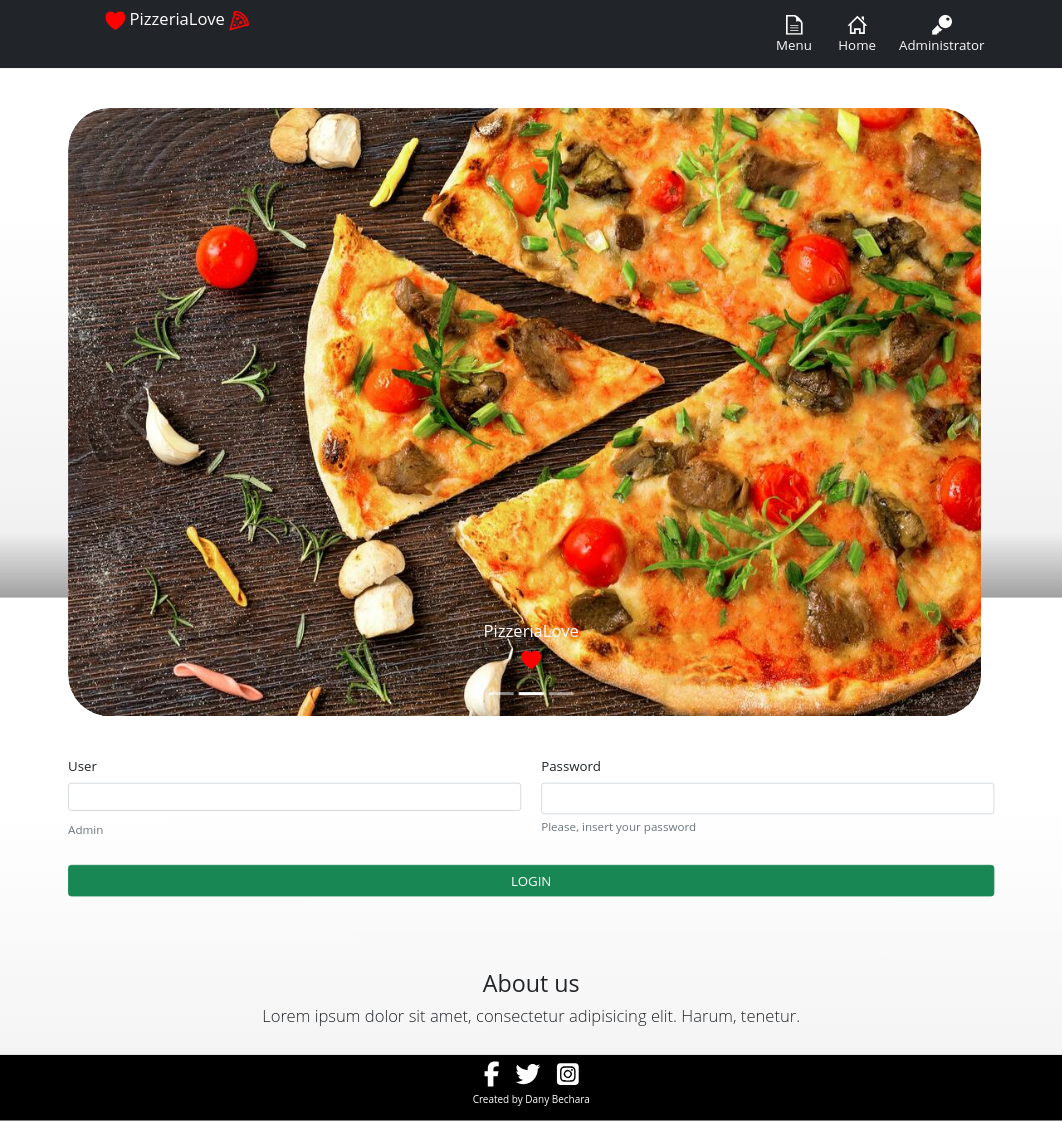
Repository: bechara611/PizzeriaLove
Page: /administrador
An editor plug-in stored every save of this project. The page is shown before and after a run of saves, followed by the edit.
The browser window is 1280 px wide. The pictures show the whole page, at 83% of full size.
The page's requests for data from a server got no answer. Backgrounds fixed to the window are drawn as part of the page. The project was rebuilt for these pictures with package versions that can differ from the ones it lists, and the page was loaded fresh each time. No one was signed in, and anything a server would have sent is missing. Also part of the build but not shown: src/App.css, src/App.js, src/Componentes/Menu.css, src/Firebase/Borrar.js, src/Componentes/Galeria.js, src/Componentes/Menu.js, src/Componentes/FormularioAgregarMenu.css, src/Elementos/Alerta.js and 1 more.

Above is the page before, as saved 2022-02-26 10:40:21.

After the next 2 saves:
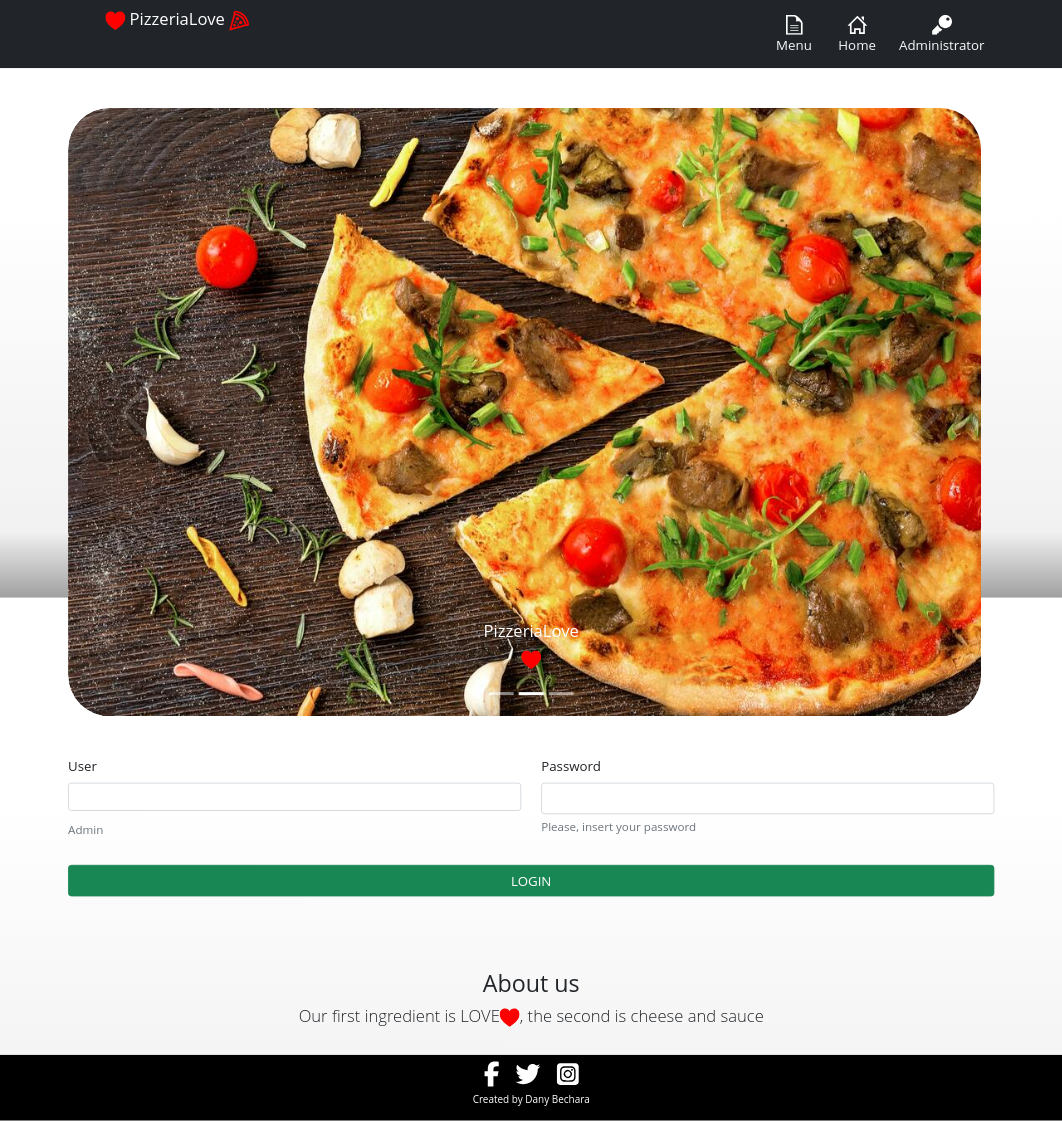
The 2 saves are shown as one change because 1 did not build or start.
The last was saved 5 min 39 s later.
--- a/src/Componentes/Descripcion.js
+++ b/src/Componentes/Descripcion.js
@@ -1,3 +1,7 @@
+import { Heart2 } from "../Elementos/ImagenesSVG";
+
+
+
 const Descripcion = () => {
     return (
         <>
@@ -5,7 +9,7 @@ const Descripcion = () => {
         <div className="row">
         <div className="col text-center my-3">
         <h3>About us</h3>
-        <p className="lead">Lorem ipsum dolor sit amet, consectetur adipisicing elit. Harum, tenetur.</p>
+        <p className="lead">Our first ingredient is LOVE<Heart2></Heart2>, the second is cheese and sauce</p>
         </div>
         </div>
         </div>
